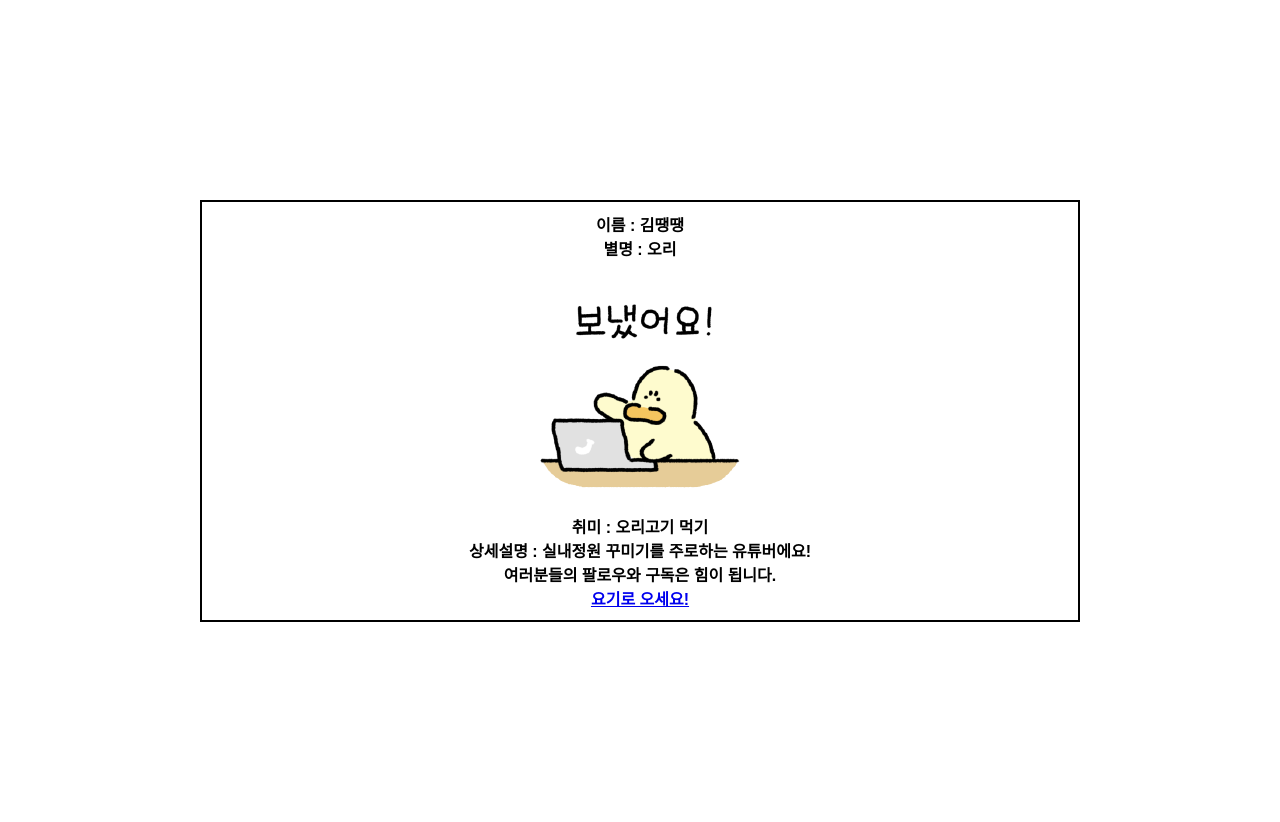
Repository: pauljerricho/MES
Page: http://localhost/SpringBoard/WEB-INF/views/follow.jsp
The author's editor kept a copy of each file at every save. The page is drawn from the files as they stood at one save, then again after the next save.
The browser window is 1280 px wide. The pictures show the whole page.
The page is served by Tomcat 9. Nobody is signed in. Other server files are loaded and not shown. The template is opened directly, without the code that normally fills it, so the values that code supplies are empty.

Above is the page before, as saved 2022-03-14 00:47:04.
Console error: SyntaxError: Invalid or unexpected token

### gozip/SpringBoard/src/main/webapp/WEB-INF/views/follow.jsp
<%@ page language="java" contentType="text/html; charset=UTF-8"
    pageEncoding="UTF-8"%>
<!DOCTYPE html>
<html>
<head>
<meta charset="UTF-8">
<title>고집 쎈 친구들을 만나보세요.</title>
</head>
<script>@import url('https://fonts.googleapis.com/css2?family=Do+Hyeon&display=swap');</script>
<style>
*{
margin: 100px; auto;
padding: 0px;
text-align: center;
font-family: 'Do Hyeon', sans-serif;
font-weight: bold;
}
body{
border: 2px solid black;
padding: 10px;
}
img {
	margin: 10px;
	padding: 10px;
}
</style>
<body>
이름 : 김땡땡<br>
별명 : 오리<br>
<img alt="" src="/img/img4_01.png"><br>
취미 : 오리고기 먹기<br>
상세설명 : 실내정원 꾸미기를 주로하는 유튜버에요!<br>
여러분들의 팔로우와 구독은 힘이 됩니다.<br>
<a href="https://youtu.be/LtL9BTobcBc">요기로 오세요!</a><br>

</body>
</html>

After the next save:
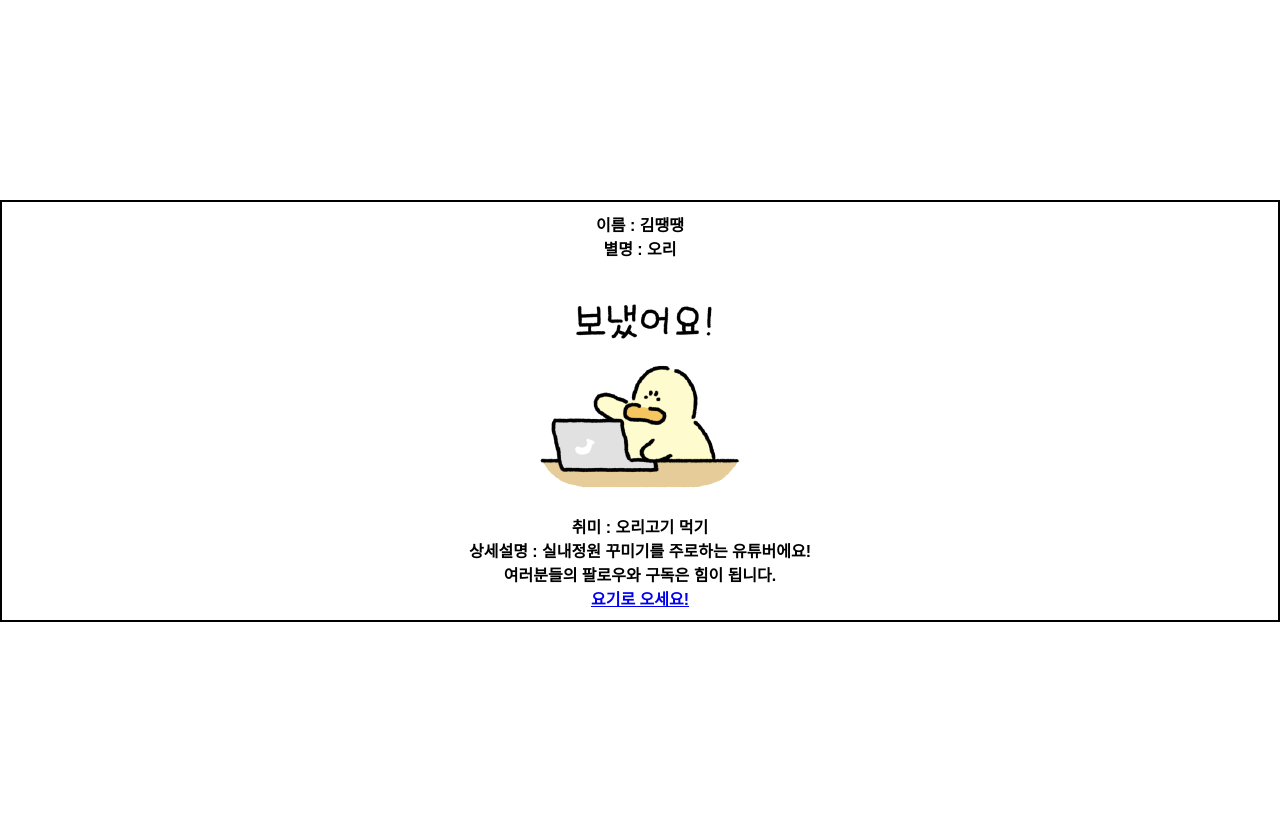
Saved 9 s later.
--- a/gozip/SpringBoard/src/main/webapp/WEB-INF/views/follow.jsp
+++ b/gozip/SpringBoard/src/main/webapp/WEB-INF/views/follow.jsp
@@ -9,7 +9,7 @@
 <script>@import url('https://fonts.googleapis.com/css2?family=Do+Hyeon&display=swap');</script>
 <style>
 *{
-margin: 100px; auto;
+margin: 100px auto;
 padding: 0px;
 text-align: center;
 font-family: 'Do Hyeon', sans-serif;
